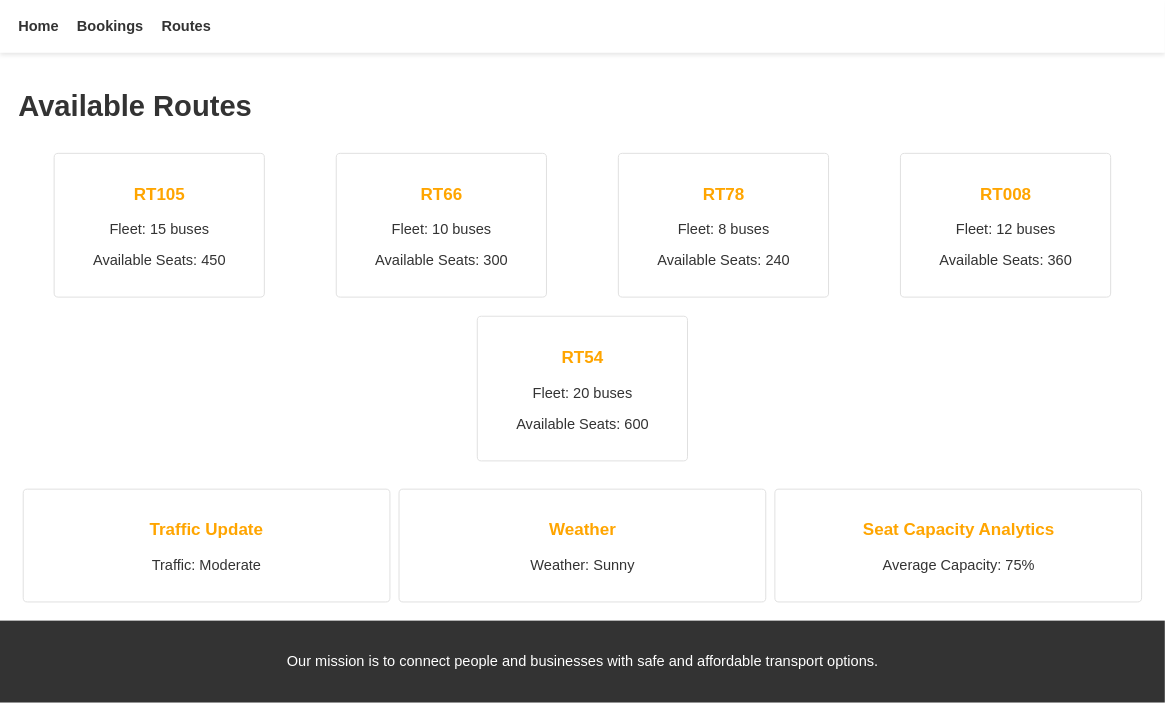
Repository: Ndegwa2/Smart-Transport-System
Page: client/routes.html
The author's editor kept a copy of each file at every save. The page is drawn from the files as they stood at one save, then again after the next save.
The browser window is 1280 px wide. The pictures show the whole page, at 91% of full size.

Above is the page before, as saved 2025-04-01 21:18:41.

### client/routes.html
<!DOCTYPE html>
<html lang="en">
<head>
    <meta charset="UTF-8">
    <meta name="viewport" content="width=device-width, initial-scale=1.0">
    <title>Routes</title>
    <style>
        body {
            font-family: sans-serif;
            margin: 0;
            padding: 0;
            background-color: #fff;
            color: #333;
        }

        header {
            background-color: #fff;
            padding: 20px;
            display: flex;
            justify-content: space-between;
            align-items: center;
            box-shadow: 0 2px 5px rgba(0, 0, 0, 0.1);
        }

        nav ul {
            list-style: none;
            margin: 0;
            padding: 0;
            display: flex;
        }

        nav li {
            margin-right: 20px;
        }

        nav a {
            text-decoration: none;
            color: #333;
            font-weight: bold;
            transition: color 0.3s ease;
        }

        nav a:hover {
            color: orange;
        }

        main {
            padding: 20px;
        }

        .route-container {
            display: flex;
            flex-wrap: wrap;
            justify-content: space-around;
        }

        .route-card {
            width: 200px;
            margin: 10px;
            padding: 15px;
            border: 1px solid #ddd;
            border-radius: 5px;
            text-align: center;
        }

        .route-card h3 {
            color: orange;
        }

        .info-container {
            display: flex;
            justify-content: space-around;
            margin-top: 20px;
        }

        .info-card {
            width: 30%;
            padding: 15px;
            border: 1px solid #ddd;
            border-radius: 5px;
            text-align: center;
        }

        .info-card h3 {
            color: orange;
        }

        footer {
            background-color: #333;
            color: #fff;
            text-align: center;
            padding: 20px;
        }
    </style>
</head>
<body>
    <header>
        <nav>
            <ul>
                <li><a href="client/landing page.html">Home</a></li>
                <li><a href="booking.html">Bookings</a></li>
                <li><a href="routes.html">Routes</a></li>
            </ul>
        </nav>
    </header>
    <main>
        <h1>Available Routes</h1>
        <div class="route-container">
            <div class="route-card">
                <h3>RT105</h3>
                <p>Fleet: 15 buses</p>
                <p>Available Seats: 450</p>
            </div>
            <div class="route-card">
                <h3>RT66</h3>
                <p>Fleet: 10 buses</p>
                <p>Available Seats: 300</p>
            </div>
            <div class="route-card">
                <h3>RT78</h3>
                <p>Fleet: 8 buses</p>
                <p>Available Seats: 240</p>
            </div>
            <div class="route-card">
                <h3>RT008</h3>
                <p>Fleet: 12 buses</p>
                <p>Available Seats: 360</p>
            </div>
            <div class="route-card">
                <h3>RT54</h3>
                <p>Fleet: 20 buses</p>
                <p>Available Seats: 600</p>
            </div>
        </div>

        <div class="info-container">
            <div class="info-card">
                <h3>Traffic Update</h3>
                <p>Traffic: Moderate</p>
            </div>
            <div class="info-card">
                <h3>Weather</h3>
                <p>Weather: Sunny</p>
            </div>
            <div class="info-card">
                <h3>Seat Capacity Analytics</h3>
                <p>Average Capacity: 75%</p>
            </div>
        </div>
    </main>
    <footer>
        <p>Our mission is to connect people and businesses with safe and affordable transport options.</p>
    </footer>
</body>
</html>

### client/styles.css
body {
    font-family: sans-serif;
    margin: 0;
    padding: 0;
    background-color: #fff;
    color: #333;
}

header {
    background-color: #fff;
    padding: 20px;
    display: flex;
    justify-content: space-between;
    align-items: center;
    box-shadow: 0 2px 5px rgba(0, 0, 0, 0.1);
}

.logo img {
    height: 50px;
}

nav ul {
    list-style: none;
    margin: 0;
    padding: 0;
    display: flex;
}

nav li {
    margin-right: 20px;
}

nav a {
    text-decoration: none;
    color: #333;
    font-weight: bold;
    transition: color 0.3s ease;
}

nav a:hover {
    color: orange;
}

.account {
    display: flex;
    align-items: center;
}

.sign-in-out button {
    background-color: orange;
    color: #fff;
    border: none;
    padding: 10px 20px;
    margin-right: 10px;
    border-radius: 5px;
    cursor: pointer;
    transition: background-color 0.3s ease;
}

.sign-in-out button:hover {
    background-color: #d97706;
}

.account-icon img {
    height: 30px;
    border-radius: 50%;
}

main {
    padding: 50px;
    text-align: center;
}

.hero h1 {
    font-size: 3em;
    color: orange;
    margin-bottom: 20px;
}

.hero p {
    font-size: 1.2em;
    line-height: 1.5;
}

footer {
    background-color: #333;
    color: #fff;
    text-align: center;
    padding: 20px;
}

.mission-vision-contacts {
    display: flex;
    justify-content: space-around;
    margin-top: 20px;
}

.card {
    width: 30%;
    padding: 20px;
    border: 1px solid #ddd;
    border-radius: 10px;
    text-align: left;
    transition: transform 0.3s ease;
}

.card:hover {
    transform: translateY(-5px);
    box-shadow: 0 4px 8px rgba(0, 0, 0, 0.2);
}

.slideshow {
    margin-top: 15px;
}

.slideshow-container {
    display: flex;
    flex-wrap: wrap;
}

.slide {
    width: 30%;
    margin: 10px;
    border: 1px solid #ddd;
    border-radius: 5px;
    box-shadow: 0 2px 5px rgba(0, 0, 0, 0.1);
    flex-shrink: 0;
    transition: transform 0.5s ease-in-out;
}

.slide img {
    width: 100%;
    height: 100%;
    object-fit: cover;
}

.about-us {
    margin-top: 15px;
    text-align: justify;
    padding: 20px;
    border: 1px solid #ddd;
    border-radius: 5px;
    box-shadow: 0 2px 5px rgba(0, 0, 0, 0.1);
    width: 100%;
    box-sizing: border-box;
}

.routes {
    margin-top: 20px;
    text-align: left;
}

.routes ul {
    list-style: none;
    padding: 0;
}

.routes li {
    margin-bottom: 10px;
}

.route-list {
    display: flex;
    justify-content: space-around;
    list-style: none;
    padding: 0;
}

.route-list li {
    text-align: center;
}

.route-list img {
    width: 100%;
    height: 200px;
    object-fit: cover;
    border-radius: 5px;
    box-shadow: 0 2px 5px rgba(0, 0, 0, 0.3);
    transition: transform 0.3s ease;
}

.route-list img:hover {
    transform: scale(1.1);
}

.route-list span {
    display: block;
    margin-top: 5px;
    font-weight: bold;
}

.booking-page header {
    background-color: #fff;
    padding: 20px;
    display: flex;
    justify-content: space-between;
    align-items: center;
    box-shadow: 0 2px 5px rgba(0, 0, 0, 0.1);
}

.booking-page main {
    padding: 50px;
    text-align: center;
}

.booking-page section {
    margin-bottom: 20px;
}

.booking-page footer {
    background-color: #333;
    color: #fff;
    text-align: center;
    padding: 20px;

/* Styles for routes.html */
.route-container {
    display: flex;
    flex-wrap: wrap;
    justify-content: space-around;
}

.route-card {
    width: 200px;
    margin: 10px;
    padding: 15px;
    border: 1px solid #ddd;
    border-radius: 5px;
    text-align: center;
}

.route-card h3 {
    color: orange;
}

.info-container {
    display: flex;
    justify-content: space-around;
    margin-top: 20px;
}

.info-card {
    width: 30%;
    padding: 15px;
    border: 1px solid #ddd;
    border-radius: 5px;
    text-align: center;
}

.info-card h3 {
    color: orange;
}
}

After the next save:
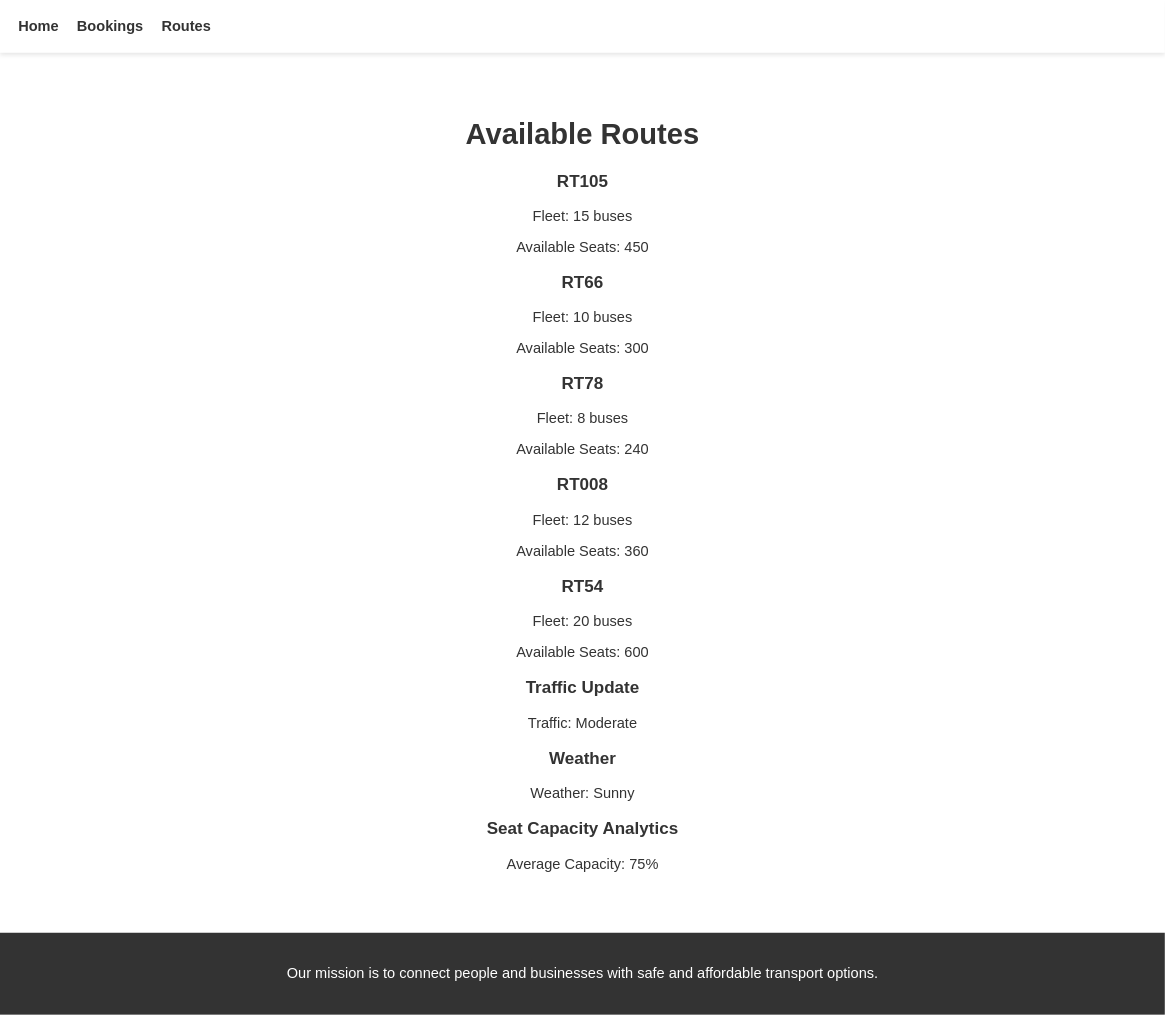
Saved 13 s later.
--- a/client/routes.html
+++ b/client/routes.html
@@ -4,94 +4,7 @@
     <meta charset="UTF-8">
     <meta name="viewport" content="width=device-width, initial-scale=1.0">
     <title>Routes</title>
-    <style>
-        body {
-            font-family: sans-serif;
-            margin: 0;
-            padding: 0;
-            background-color: #fff;
-            color: #333;
-        }
-
-        header {
-            background-color: #fff;
-            padding: 20px;
-            display: flex;
-            justify-content: space-between;
-            align-items: center;
-            box-shadow: 0 2px 5px rgba(0, 0, 0, 0.1);
-        }
-
-        nav ul {
-            list-style: none;
-            margin: 0;
-            padding: 0;
-            display: flex;
-        }
-
-        nav li {
-            margin-right: 20px;
-        }
-
-        nav a {
-            text-decoration: none;
-            color: #333;
-            font-weight: bold;
-            transition: color 0.3s ease;
-        }
-
-        nav a:hover {
-            color: orange;
-        }
-
-        main {
-            padding: 20px;
-        }
-
-        .route-container {
-            display: flex;
-            flex-wrap: wrap;
-            justify-content: space-around;
-        }
-
-        .route-card {
-            width: 200px;
-            margin: 10px;
-            padding: 15px;
-            border: 1px solid #ddd;
-            border-radius: 5px;
-            text-align: center;
-        }
-
-        .route-card h3 {
-            color: orange;
-        }
-
-        .info-container {
-            display: flex;
-            justify-content: space-around;
-            margin-top: 20px;
-        }
-
-        .info-card {
-            width: 30%;
-            padding: 15px;
-            border: 1px solid #ddd;
-            border-radius: 5px;
-            text-align: center;
-        }
-
-        .info-card h3 {
-            color: orange;
-        }
-
-        footer {
-            background-color: #333;
-            color: #fff;
-            text-align: center;
-            padding: 20px;
-        }
-    </style>
+    <link rel="stylesheet" href="styles.css">
 </head>
 <body>
     <header>
